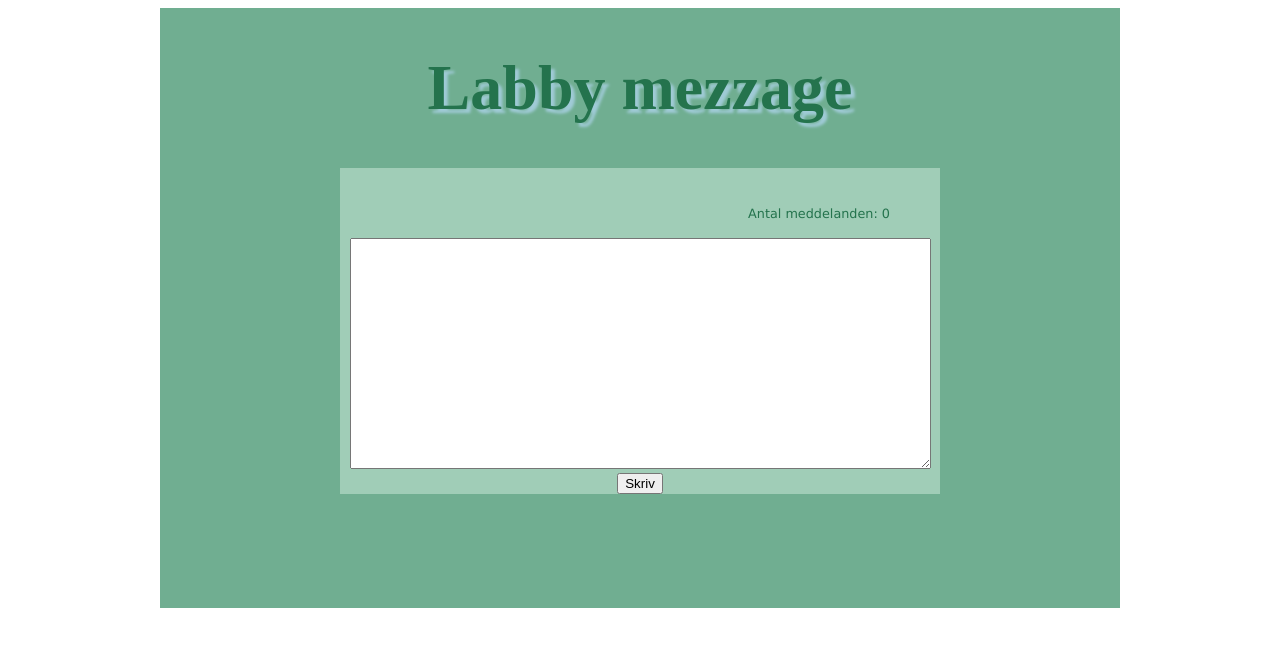
Repository: aa223gg/1dv403-laborationer
Page: 2-labbymezzage/index.html
The author's editor kept a record of every edit. The page is drawn from the files as they stood at one moment, then again after the next edit.
The browser window is 1280 px wide. The pictures show the whole page.
Some web fonts or font styles are not loaded; a fallback is used.

Above is the page before.

After the next edit:
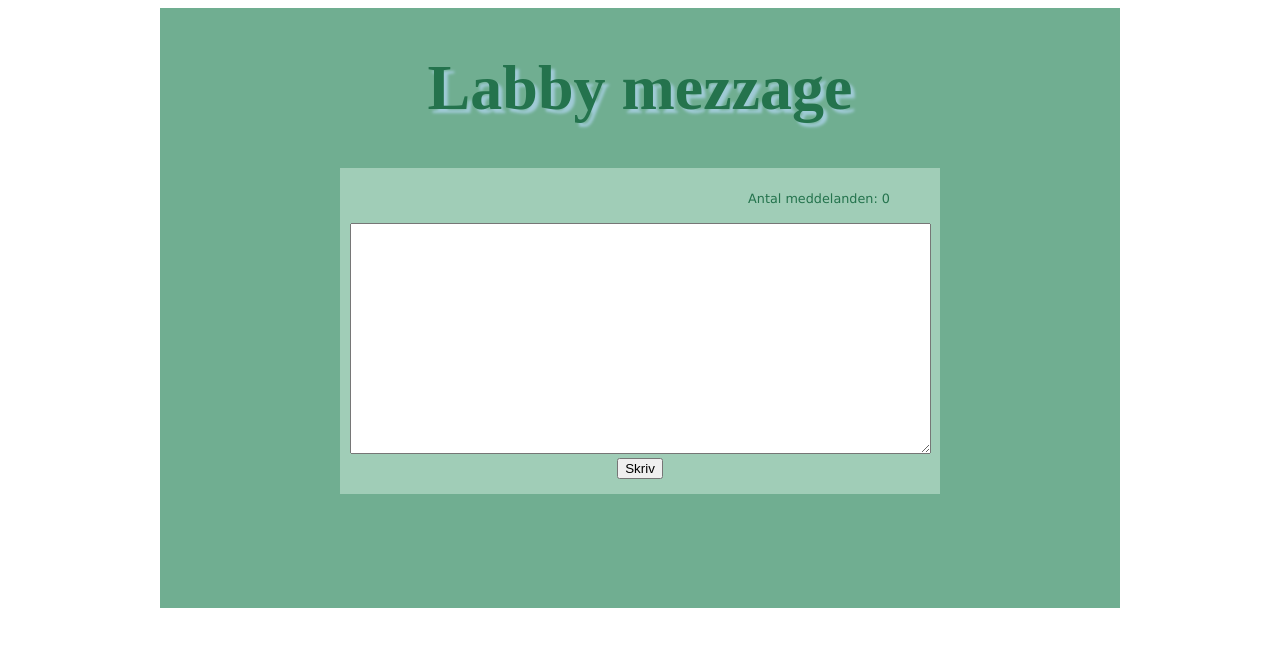
The edit:
--- a/2-labbymezzage/style.css
+++ b/2-labbymezzage/style.css
@@ -1,7 +1,7 @@
 /*Layout*/
 #container {width: 960px; height: 600px; overflow:auto; margin: 0 auto;}
 #header {text-align: center; font-family: "Fascinate", cursive; font-size: 2em; color: #24734D; text-shadow: 4px 4px 3px #A0CBD7;}
-#content {text-align: center; width: 600px; margin: 0 auto; padding-top: 20px; font-family: Verdana; color: #24734D;}
+#content {text-align: center; width: 600px; margin: 0 auto; padding-top: 5px; padding-bottom: 15px; font-family: Verdana; color: #24734D;}
 p {text-align: left; padding: 5px;}
 #savedMessages {width: 480px; margin: 0 auto; color: #000; padding-left: 10px; padding-right: 10px; margin-bottom: 10px;}
 .footer {text-align: right; font-size: 0.5em;}
